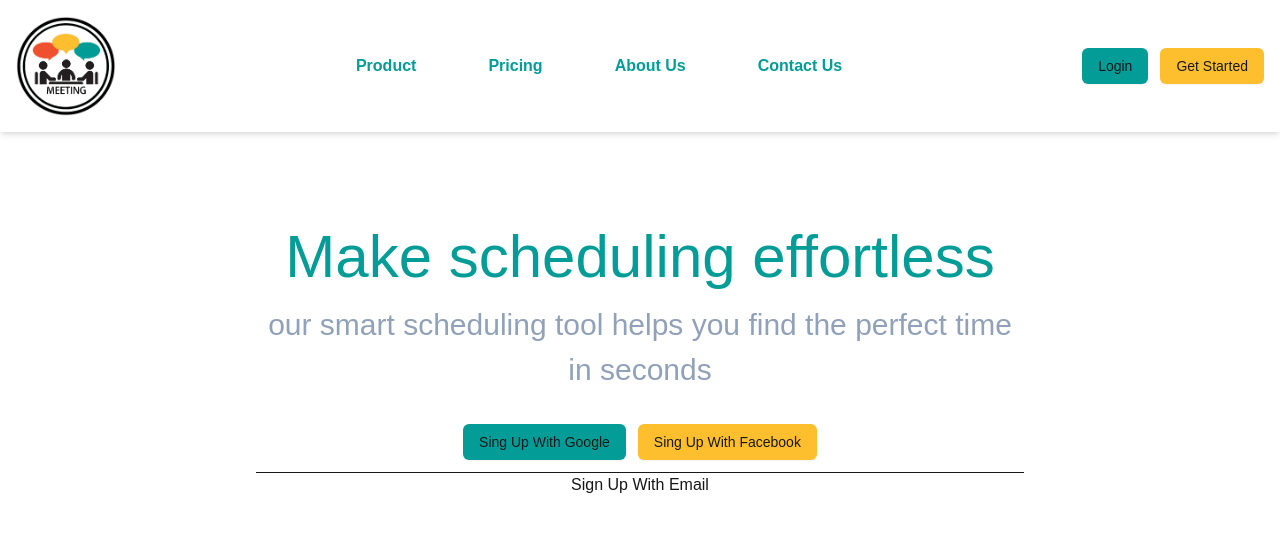
Repository: walaa-horani/scheduleMeetingNextjs
Page: /
An editor plug-in stored every save of this project. The page is shown before and after the next save, followed by the edit.
The browser window is 1280 px wide. The pictures show the whole page.
The project was rebuilt for these pictures with package versions that can differ from the ones it lists, and the page was loaded fresh each time. The framework's server and built-in components were replaced by stand-ins that run in the browser. Also part of the build but not shown: next.config.mjs.

Above is the page before, as saved 2025-05-21 22:34:20.

### app/page.js
import Image from "next/image";
import Header from "./_components/Header";
export default function Home() {
  return (
    <div >
      <Header/>
    </div>
  );
}

### app/_components/Header.js
import React from 'react'
import Image from 'next/image'
import { Button } from '@/components/ui/button'
import Link from 'next/link'
function Header() {
  return (
    <div>
        <div className='flex justify-between items-center p-4 shadow-md'>
            <Image className='w-[70px] md:w-[100px]' width={70} height={70} alt='logo' src="/logo.png"/>

            <ul className=' hidden text-[#039C96] font-bold  md:flex gap-14'>
                <li className= 'hover:bg-[#d0efee] transition-all duration-300 p-2 cursor-pointer'>Product</li>
                 <li className= 'hover:bg-[#d0efee] transition-all duration-300 p-2 cursor-pointer'>Pricing</li>
                  <li className= 'hover:bg-[#d0efee] transition-all duration-300 p-2 cursor-pointer'>About Us</li>
                   <li className= 'hover:bg-[#d0efee] transition-all duration-300 p-2 cursor-pointer'>Contact Us</li>
            </ul>

            <div >
                <Button className="bg-[#039C96] mr-3 cursor-pointer">Login</Button>
                 <Button className="bg-[#FEBF2F] cursor-pointer">Get Started</Button>
            </div>
        </div>

        <div className='text-center mt-20 max-w-3xl m-auto'>
          <h1 className=' text-[40px] md:text-[60px] text-[#039C96]'>Make scheduling effortless</h1>
          <h1 className='text-[30px] text-slate-400'> our smart scheduling tool helps you find the perfect time in seconds </h1>


            <div className='mt-5 p-3'>
                <Button className="bg-[#039C96] mr-3 cursor-pointer">Sing Up With Google</Button>
                 <Button className="bg-[#FEBF2F] cursor-pointer">Sing Up With Facebook</Button>
            </div>
            <hr/>
            <h2><Link href="" className="text-primary">Sign Up With Email</Link> </h2>
        </div>
    </div>
  )
}

export default Header

### components/ui/button.jsx
import * as React from "react"
import { Slot } from "@radix-ui/react-slot"
import { cva } from "class-variance-authority";

import { cn } from "@/lib/utils"

const buttonVariants = cva(
  "inline-flex items-center justify-center gap-2 whitespace-nowrap rounded-md text-sm font-medium transition-all disabled:pointer-events-none disabled:opacity-50 [&_svg]:pointer-events-none [&_svg:not([class*='size-'])]:size-4 shrink-0 [&_svg]:shrink-0 outline-none focus-visible:border-ring focus-visible:ring-ring/50 focus-visible:ring-[3px] aria-invalid:ring-destructive/20 dark:aria-invalid:ring-destructive/40 aria-invalid:border-destructive",
  {
    variants: {
      variant: {
        default:
          "bg-[#039C96] text-primary-foreground shadow-xs hover:bg-primary/90",
        destructive:
          "bg-destructive text-white shadow-xs hover:bg-destructive/90 focus-visible:ring-destructive/20 dark:focus-visible:ring-destructive/40 dark:bg-destructive/60",
        outline:
          "border bg-background shadow-xs hover:bg-accent hover:text-accent-foreground dark:bg-input/30 dark:border-input dark:hover:bg-input/50",
        secondary:
          "bg-secondary text-secondary-foreground shadow-xs hover:bg-secondary/80",
        ghost:
          "hover:bg-accent hover:text-accent-foreground dark:hover:bg-accent/50",
        link: "text-primary underline-offset-4 hover:underline",
      },
      size: {
        default: "h-9 px-4 py-2 has-[>svg]:px-3",
        sm: "h-8 rounded-md gap-1.5 px-3 has-[>svg]:px-2.5",
        lg: "h-10 rounded-md px-6 has-[>svg]:px-4",
        icon: "size-9",
      },
    },
    defaultVariants: {
      variant: "default",
      size: "default",
    },
  }
)

function Button({
  className,
  variant,
  size,
  asChild = false,
  ...props
}) {
  const Comp = asChild ? Slot : "button"

  return (
    <Comp
      data-slot="button"
      className={cn(buttonVariants({ variant, size, className }))}
      {...props} />
  );
}

export { Button, buttonVariants }

Loaded but not shown: app/layout.js (common file); app/globals.css (common file); lib/utils.js (common file)

After the next save:
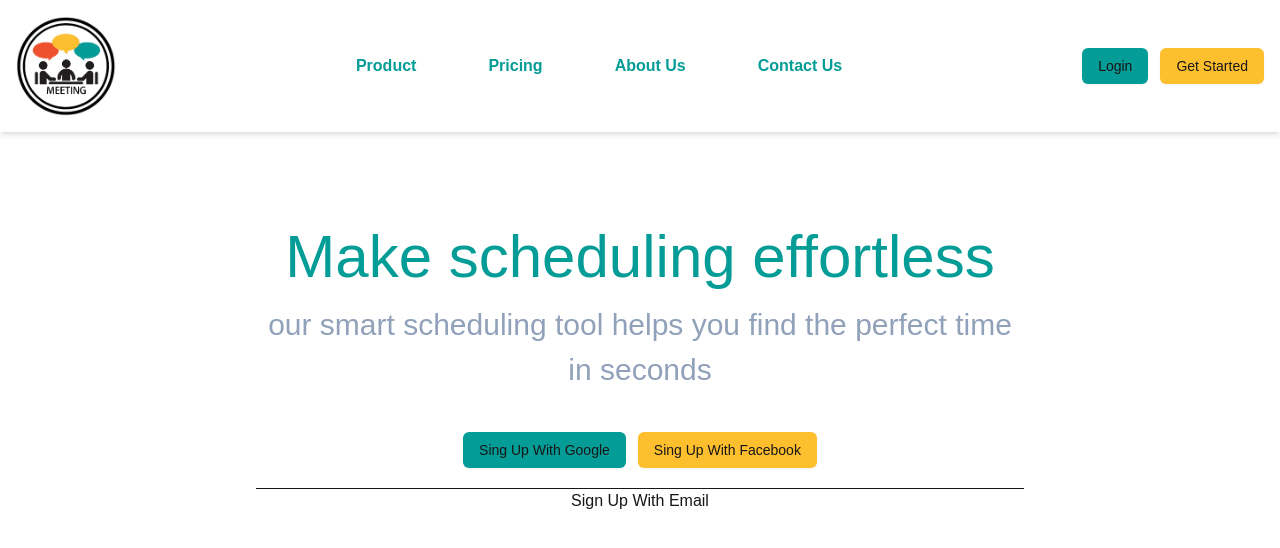
Saved 6 s later.
--- a/app/_components/Header.js
+++ b/app/_components/Header.js
@@ -26,7 +26,7 @@
           <h1 className='text-[30px] text-slate-400'> our smart scheduling tool helps you find the perfect time in seconds </h1>
 
 
-            <div className='mt-5 p-3'>
+            <div className='mt-5 p-5'>
                 <Button className="bg-[#039C96] mr-3 cursor-pointer">Sing Up With Google</Button>
                  <Button className="bg-[#FEBF2F] cursor-pointer">Sing Up With Facebook</Button>
             </div>
